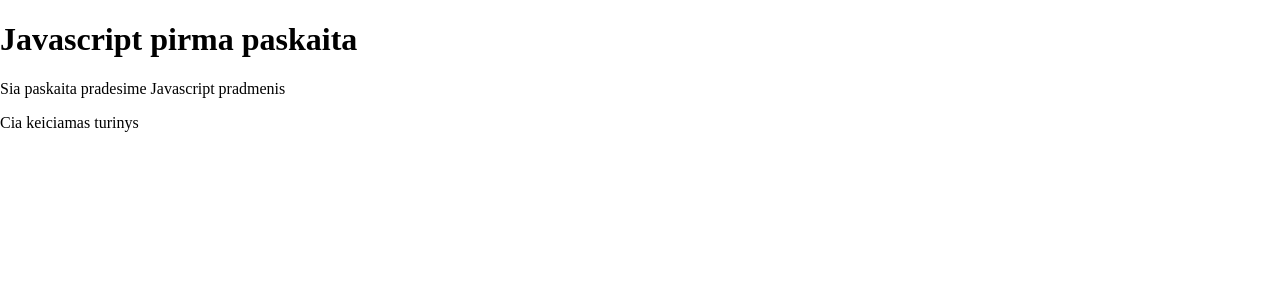
Repository: motiejus1/16-paskaita-05.31
Page: index.html
An editor plug-in stored every save of this project. The page is shown before and after the next save, followed by the edit.
The browser window is 1280 px wide. The pictures show the whole page.

Above is the page before, as saved 2021-06-28 18:36:45.
Console error: SyntaxError: Unexpected token ';'

After the next save:
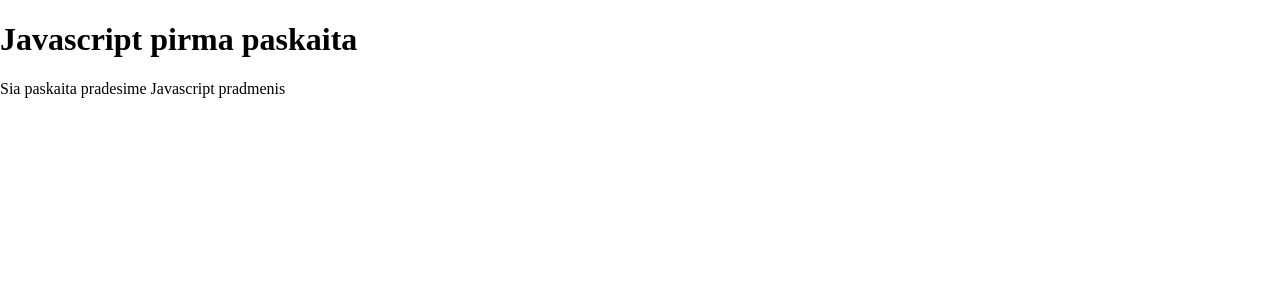
The error is gone.
Saved 18 s later.
--- a/index.html
+++ b/index.html
@@ -26,7 +26,7 @@
     <script>
         //
         //pasirinkome elementa
-        document.querySelector(".keiciamas-turinys").innerHTML = ;
+        document.querySelector(".keiciamas-turinys").innerHTML = "";
 
         //pasirinkta elementa isvedame i console
         console.log(document.querySelector(".keiciamas-turinys").innerHTML);
